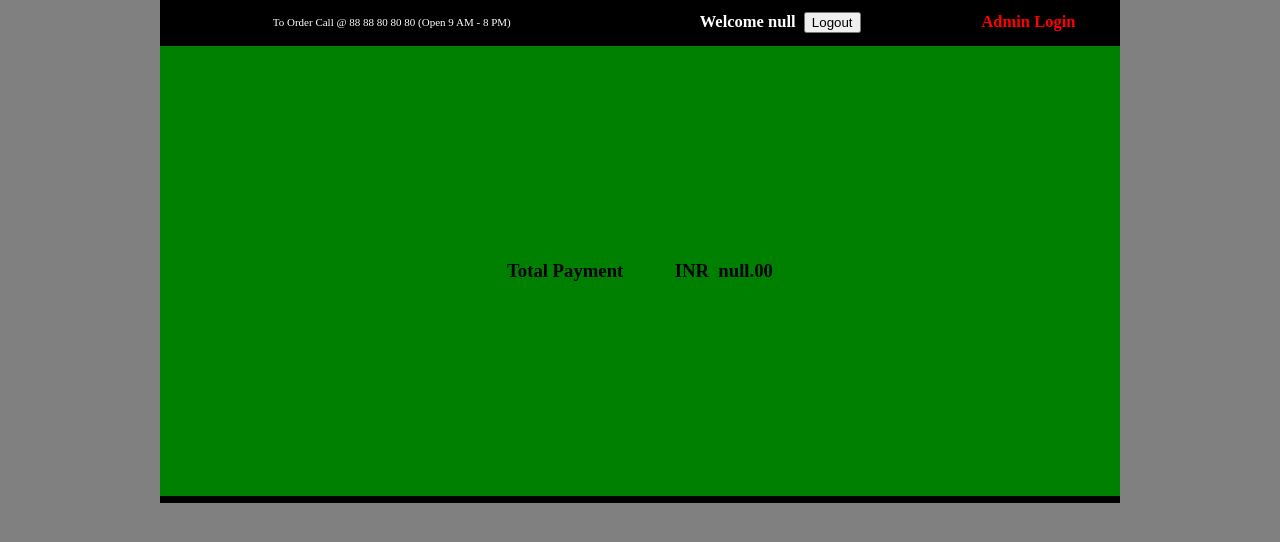
Repository: aashi12/e_mandi
Page: http://localhost/e_mandi/checkOut.jsp
These files come from the project's save history. The page is drawn as it stood at one moment and after the next save; the edit follows.
The browser window is 1280 px wide. The pictures show the whole page.
The page is served by Tomcat 9.

Above is the page before, as saved 2014-04-13 10:24:40.

After the next save:
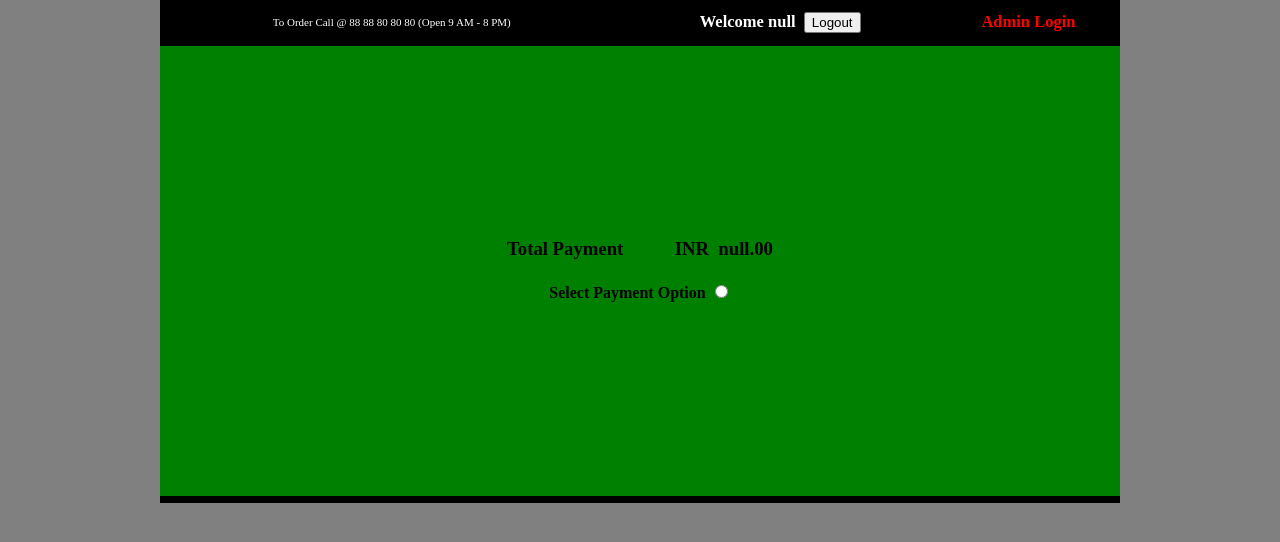
Saved 6 min 6 s later.
--- a/e_mandi/WebContent/checkOut.jsp
+++ b/e_mandi/WebContent/checkOut.jsp
@@ -30,7 +30,7 @@ out.print("<h2>Welcome "+usd); %>&nbsp;
 <!--  payment details    -->
 <% Integer tot=(Integer)session.getAttribute("amount"); %>
 <h3>Total Payment &nbsp;&nbsp;&nbsp;&nbsp;&nbsp;&nbsp;&nbsp;&nbsp;&nbsp;&nbsp;INR &nbsp;<%= tot %>.00</h3>
-
+<h4>Select Payment Option <input type="radio" value="Credit card'"/></h4>
 </td>
 </tr>
 <tr>
